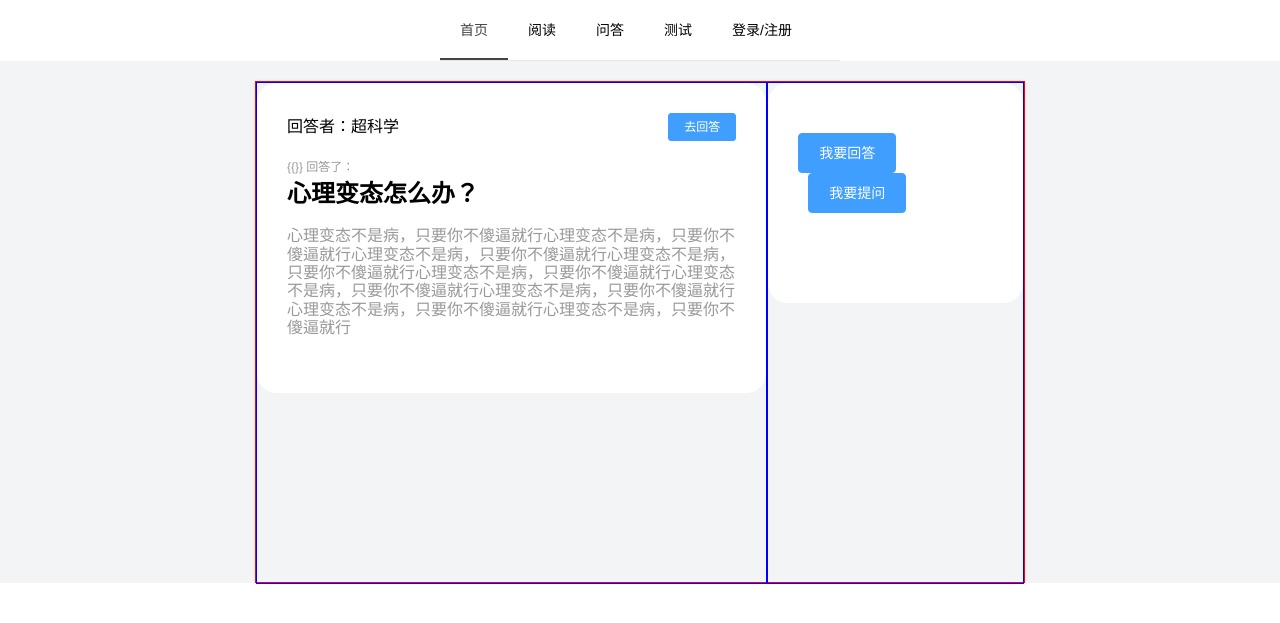
Repository: shengligo/xyx_vue_v1
Page: /qs
An editor plug-in stored every save of this project. The page is shown before and after the next save, followed by the edit.
The browser window is 1280 px wide. The pictures show the whole page.
The project was rebuilt for these pictures with package versions that can differ from the ones it lists, and the page was loaded fresh each time. Also part of the build but not shown: vue.config.js, src/views/home/childComps/Art.vue, src/views/author/authors.vue.

Above is the page before, as saved 2021-09-04 16:20:50.

### public/index.html
<!DOCTYPE html>
<html lang="">
  <head>
    <meta charset="utf-8">
    <meta http-equiv="X-UA-Compatible" content="IE=edge">
    <meta name="viewport" content="width=device-width,initial-scale=1.0">
    <link rel="icon" href="<%= BASE_URL %>favicon.ico">
    <title>project0000001</title>
  </head>
  <body>
    <noscript>
      <strong>We're sorry but <%= htmlWebpackPlugin.options.title %> doesn't work properly without JavaScript enabled. Please enable it to continue.</strong>
    </noscript>
    <div id="app"></div>
    <!-- built files will be auto injected -->
  </body>
</html>

### src/main.js
import Vue from 'vue'
import App from './App.vue'
import router from './router'
import store from './store'
import 'element-ui/lib/theme-chalk/index.css';
import axios from "axios";
axios.defaults.baseURL = "/api"; // http://10.1.2.85:8091/essay
axios.defaults.headers.common["Content-Type"] ="application/json;charset=UTF-8";
axios.defaults.withCredentials = true // 表示跨域请求时是否需要使用凭证
Vue.prototype.$ajax = axios;
import ElementUI from 'element-ui'

Vue.config.productionTip = false
Vue.use(ElementUI)

new Vue({
  router,
  store,
  render: h => h(App)
}).$mount('#app')

### src/App.vue
<template>
  <div id="app">
    <nav-bar ></nav-bar>
    <!-- <carousel></carousel> -->
    <!-- <art></art> -->


    <router-view></router-view>

  </div>
</template>
<script>

import NavBar from './components/common/NavBar'
import Art from '@/views/home/childComps/Art'
// import Carousel from '@/components/common/Carousel'


export default {
  name: "app",
  components:{
    NavBar,
    Art,




  }
};
</script>



<style>
@import url('assets/css/normalize.css');
#app{
  font-family: "Helvetica Neue",Helvetica,"PingFang SC","Hiragino Sans GB","Microsoft YaHei","微软雅黑",Arial,sans-serif;
}



</style>

### src/router/index.js

import Vue from 'vue'
import VueRouter from 'vue-router'
import Auther from '../views/author/authors.vue'

const Home = () => import('../views/home/Home')

const Question = () => import('../views/questions/Question')
const Read = () => import('../views/read/Read')
const Test = () => import('../views/testing/Test')
const Login = () => import('../components/common/login/Login')
const originalPush = VueRouter.prototype.push

VueRouter.prototype.push = function push(location) {
  return originalPush.call(this, location).catch(err => err)
}
// fksdljfkjdsjflsdjlfja
Vue.use(VueRouter)

const routes = [
  {
    path: '/',
    name: 'Home',
    component: Home
  },
  {
    path: '/auther',
    component: Auther
  },
  // {
  //   path: '/home',
  //   name: 'Home',
  //   component: Home
  // },

  {
    path:'/qs',
    name:'Qs',
    component:Question
  },
  {
    path:'/read',
    name:'Read',
    component:Read
  },
  {
    path:'/test',
    name:'Test',
    component:Test
  },
  {
    path:'/login',
    name:'Login',
    component:Login
  }
]

const router = new VueRouter({
  mode: 'history',
  base: process.env.BASE_URL,
  routes
})

export default router

### src/store/index.js
import Vue from 'vue'
import Vuex from 'vuex'

Vue.use(Vuex)

export default new Vuex.Store({
  state: {
    activeIndex:'1',
    baceUrl: 'http://10.1.2.85:8091/'
  },
  mutations: {
    ChangeActive (state,index) {
      // console.log(state,index)
      state.activeIndex = index
    }
  },
  actions: {
  },
  modules: {
  }
})

### src/components/common/NavBar.vue
<template>
  <div>
     <div class="nav">

       <el-menu
          :default-active="$store.state.activeIndex"
          class="el-menu-demo"
          mode="horizontal"
          text-color="#000000"
          active-text-color="#444444"
        >
          <el-menu-item index="1" @click="itemclick">首页</el-menu-item>
          <el-menu-item index="2" @click="itemclick2">阅读</el-menu-item>
          <el-menu-item index="3" @click="itemclick3">问答</el-menu-item>
          <el-menu-item index="4" @click="itemclick4">测试</el-menu-item>
          <el-menu-item index="5" @click="itemclick5">登录/注册</el-menu-item>
        </el-menu>

     </div>

  </div>
</template>

<script>


export default {

  name: "navbar",
  data() {
    return {
    }
  },
  methods:{
    itemclick(){
      console.log('itemclick');
      this.$router.push("/")
    },
    itemclick2(){
      this.$router.push("/read")
    },
    itemclick3(){
      this.$router.push("./qs")
    },
    itemclick4(){
      this.$router.push('./test')
    },
    itemclick5(){
      this.$router.push('/login')
    }

  },

};
</script>

<style scoped>
.nav{

  margin: 0 auto;
  /* background-color: rgba(217, 221, 221, 0.918);
   */
   /* background-color: #5880A9; */
  padding: 0;


}
.nav>.el-menu{
  width: 400px;
  margin: 0 auto;
  /* background-color: rgba(217, 221, 221, 0.918); */
}

</style>

### src/views/questions/Question.vue
<template>
  <div id="question">
    <div class="bodyCenter">
      <div class="bodyright">
        <div v-for="(item,index) in results" :key="index" class="rightbox">

          <div>
            <div class="answerer">
              <span>回答者：{{item.answerer}}</span>
              <el-button type="primary" size="mini">去回答</el-button>
            </div>
            <div class="time">{{}} 回答了：</div>
            <h2 class="title">{{item.title}}</h2>
            <div class="answerContent">{{item.answerContent}}</div>
          </div>
        </div>
      </div>
      <div class="bodyleft">
        <div class="leftbox">
          <div class="leftboxbutton">
            <el-button type="primary" >我要回答</el-button>
            <el-button type="primary" >我要提问</el-button>
          </div>


        </div>
      </div>
    </div>
  </div>
</template>

<script>
export default {
  name: "question",
  data() {
    return {
      results: [
        {
          title: "心理变态怎么办？",
          quizzer: "花开富贵",
          quizContent: "心理超级变态是不是没救了",
          quizType: null,
          status: null,
          label: null,
          answerer: "超科学",
          answerContent:
            "心理变态不是病，只要你不傻逼就行心理变态不是病，只要你不傻逼就行心理变态不是病，只要你不傻逼就行心理变态不是病，只要你不傻逼就行心理变态不是病，只要你不傻逼就行心理变态不是病，只要你不傻逼就行心理变态不是病，只要你不傻逼就行心理变态不是病，只要你不傻逼就行心理变态不是病，只要你不傻逼就行",
          likePoint: 0
        }
      ]
    };
  }
};
</script>

<style scoped>
#question {
  width: 100%;
  height: 100%;
  padding-top: 20px;
  background-color: rgb(243, 244, 245);
}
.bodyCenter {
  width: 60%;
  height: 500px;
  margin: 0 auto;
  display: flex;
  border: 1px solid red;
}
.bodyright {
  border: 1px solid blue;
  /* width: 40%; */
  flex: 2;
  height: 500px;
}
.bodyleft {
  border: 1px solid blue;
  /* width: 20%; */
  flex: 1;
  height: 500px;
}
.rightbox {
  height: 250px;
  width: calc(100% - 60px);
  padding: 30px;
  border-radius: 20px;
  background-color: #fff;
}
.answerer {
  display: flex;
  justify-content: space-between;
  line-height: 28px;
}
.time {
  margin-top: 20px;
  font-size: 12px;
  color: #999;
}
.title {
  margin-top: 5px;
}
.answerContent {
  color: #999;
}
.leftbox {
  padding: 50px 30px;
  height: 120px;
  border-radius: 20px;
  background-color: #fff;
}
.leftboxbutton {
  text-align: center;
}
.leftboxbutton {
  width: 50px;
}
</style>

Loaded but not shown: src/assets/css/normalize.css (library)

After the next save:
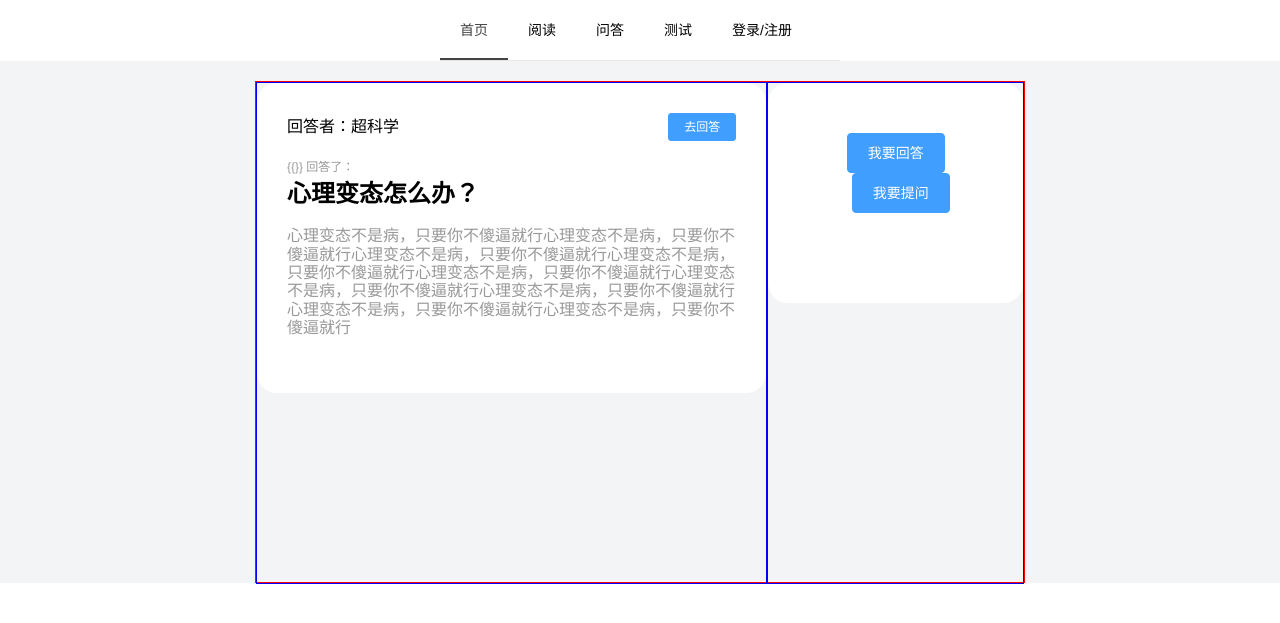
Saved 22 s later.
--- a/src/views/questions/Question.vue
+++ b/src/views/questions/Question.vue
@@ -111,7 +111,7 @@ export default {
 .leftboxbutton {
   text-align: center;
 }
-.leftboxbutton {
+.leftboxbutton el-button{
   width: 50px;
 }
 </style>
